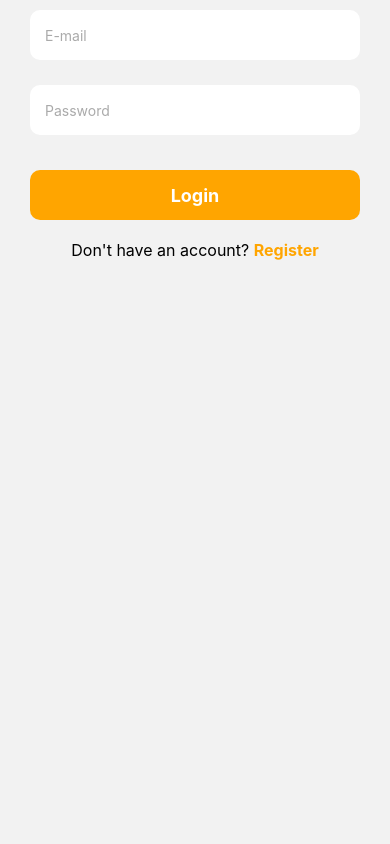
Repository: ds-mbappe/UpShoCal
Screen: /
These files come from the project's save history. The screen is drawn as it stood at one moment and after the next save; the edit follows.
The app was drawn by React Native's web renderer in a window 390 px wide. The project was rebuilt for these pictures with package versions that can differ from the ones it lists, and the page was loaded fresh each time. Also part of the build but not shown: data.js, Screens/Home.js, Screens/Product.js, Screens/Registration.js.

Above is the screen before, as saved 2022-06-07 13:28:37.

### App.js
import React, { useEffect, useState } from "react";
import { NavigationContainer } from "@react-navigation/native";
import { createNativeStackNavigator } from "@react-navigation/native-stack";
import { createDrawerNavigator } from "@react-navigation/drawer";
import Home from "./Screens/Home";
import Product from "./Screens/Product";
import Login from "./Screens/Login";
import Registration from "./Screens/Registration";

const Stack = createNativeStackNavigator();
const Drawer = createDrawerNavigator();

const Root = () => {
  return (
    <Stack.Navigator initialRouteName="Home">
      <Stack.Screen
        name="Root"
        component={Home}
        options={{ headerShown: false }}
      />
      <Stack.Screen
        name="Product"
        component={Product}
        options={{ headerShown: false }}
      />
    </Stack.Navigator>
  );
};

export default function App() {
  const [loading, setLoading] = useState(true);

  const [user, setUser] = useState(null);

  return (
    <NavigationContainer>
      <Stack.Navigator>
        {user ? (
          <Stack.Screen
            name="Root"
            component={Root}
            options={{ headerShown: false }}
          />
        ) : (
          <>
            <Stack.Screen
              name="Login"
              component={Login}
              options={{ headerShown: false }}
            />
            <Stack.Screen
              name="Registration"
              component={Registration}
              options={{ headerShown: false }}
            />
          </>
        )}
      </Stack.Navigator>
    </NavigationContainer>
    // <NavigationContainer>
    //   <Drawer.Navigator screenOptions={{ drawerPosition: "right" }}>
    //     <Drawer.Screen
    //       name="Home"
    //       component={Root}
    //       options={{ headerShown: false }}
    //     />
    //   </Drawer.Navigator>
    // </NavigationContainer>
  );
}

### Screens/Login.js
import {
  StyleSheet,
  Text,
  TextInput,
  TouchableOpacity,
  View,
  ScrollView,
} from "react-native";
import React, { useState } from "react";

const Login = ({ navigation }) => {
  const [email, setEmail] = useState("");

  const [password, setPassword] = useState("");

  const onFooterLinkPress = () => {
    navigation.navigate("Registration");
  };

  const onLoginPress = () => {
    console.log("Pressed");
  };

  return (
    <View style={styles.container}>
      <ScrollView style={{ flex: 1, width: "100%" }}>
        <TextInput
          style={styles.input}
          placeholder="E-mail"
          placeholderTextColor="#AAAAAA"
          onChangeText={(text) => setEmail(text)}
          value={email}
          autoCapitalize="none"
        />
        <TextInput
          style={styles.input}
          placeholder="Password"
          placeholderTextColor="#AAAAAA"
          secureTextEntry={true}
          onChangeText={(text) => setPassword(text)}
          value={password}
          autoCapitalize="none"
        />
        <TouchableOpacity style={styles.button} onPress={() => onLoginPress()}>
          <Text style={styles.buttonTitle}>Login</Text>
        </TouchableOpacity>
        <View style={styles.footerView}>
          <Text style={styles.footerText}>
            Don't have an account?{" "}
            <Text style={styles.footerLink} onPress={onFooterLinkPress}>
              Register
            </Text>
          </Text>
        </View>
      </ScrollView>
    </View>
  );
};

export default Login;

const styles = StyleSheet.create({
  container: {
    flex: 1,
    justifyContent: "center",
    alignItems: "center",
  },
  input: {
    height: 50,
    borderRadius: 10,
    overflow: "hidden",
    backgroundColor: "white",
    marginTop: 10,
    marginBottom: 15,
    marginStart: 30,
    marginEnd: 30,
    paddingStart: 15,
  },
  button: {
    backgroundColor: "orange",
    marginStart: 30,
    marginEnd: 30,
    marginTop: 20,
    borderRadius: 10,
    height: 50,
    justifyContent: "center",
    alignItems: "center",
  },
  buttonTitle: {
    color: "white",
    fontSize: 18,
    fontWeight: "bold",
  },
  footerView: {
    flex: 1,
    justifyContent: "center",
    alignItems: "center",
    marginTop: 20,
  },
  footerText: {
    fontSize: 16,
    color: "black",
  },
  footerLink: {
    color: "orange",
    fontWeight: "bold",
    fontSize: 16,
  },
});

After the next save:
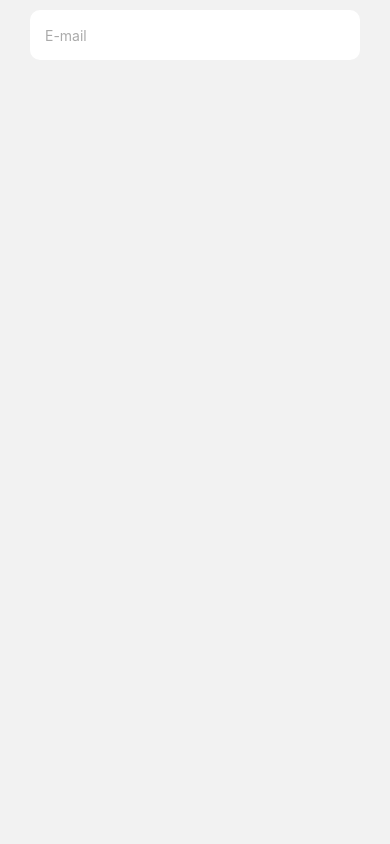
Saved 34 s later.
--- a/Screens/Login.js
+++ b/Screens/Login.js
@@ -32,26 +32,6 @@
           value={email}
           autoCapitalize="none"
         />
-        <TextInput
-          style={styles.input}
-          placeholder="Password"
-          placeholderTextColor="#AAAAAA"
-          secureTextEntry={true}
-          onChangeText={(text) => setPassword(text)}
-          value={password}
-          autoCapitalize="none"
-        />
-        <TouchableOpacity style={styles.button} onPress={() => onLoginPress()}>
-          <Text style={styles.buttonTitle}>Login</Text>
-        </TouchableOpacity>
-        <View style={styles.footerView}>
-          <Text style={styles.footerText}>
-            Don't have an account?{" "}
-            <Text style={styles.footerLink} onPress={onFooterLinkPress}>
-              Register
-            </Text>
-          </Text>
-        </View>
       </ScrollView>
     </View>
   );

After the save that followed:
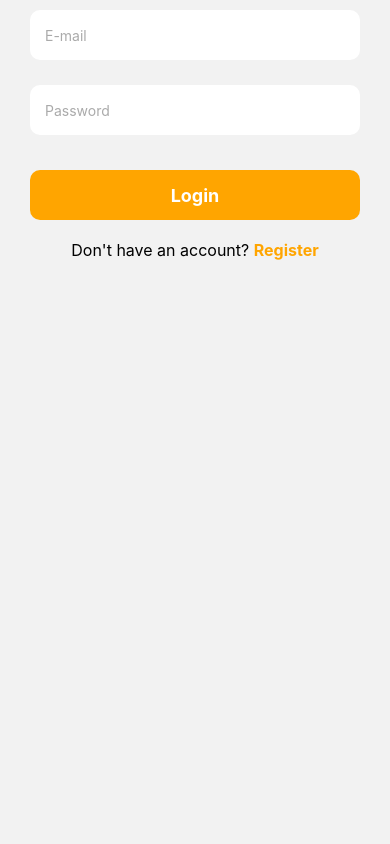
Saved 5 s later.
--- a/Screens/Login.js
+++ b/Screens/Login.js
@@ -32,6 +32,26 @@
           value={email}
           autoCapitalize="none"
         />
+        <TextInput
+          style={styles.input}
+          placeholder="Password"
+          placeholderTextColor="#AAAAAA"
+          secureTextEntry={true}
+          onChangeText={(text) => setPassword(text)}
+          value={password}
+          autoCapitalize="none"
+        />
+        <TouchableOpacity style={styles.button} onPress={() => onLoginPress()}>
+          <Text style={styles.buttonTitle}>Login</Text>
+        </TouchableOpacity>
+        <View style={styles.footerView}>
+          <Text style={styles.footerText}>
+            Don't have an account?{" "}
+            <Text style={styles.footerLink} onPress={onFooterLinkPress}>
+              Register
+            </Text>
+          </Text>
+        </View>
       </ScrollView>
     </View>
   );
